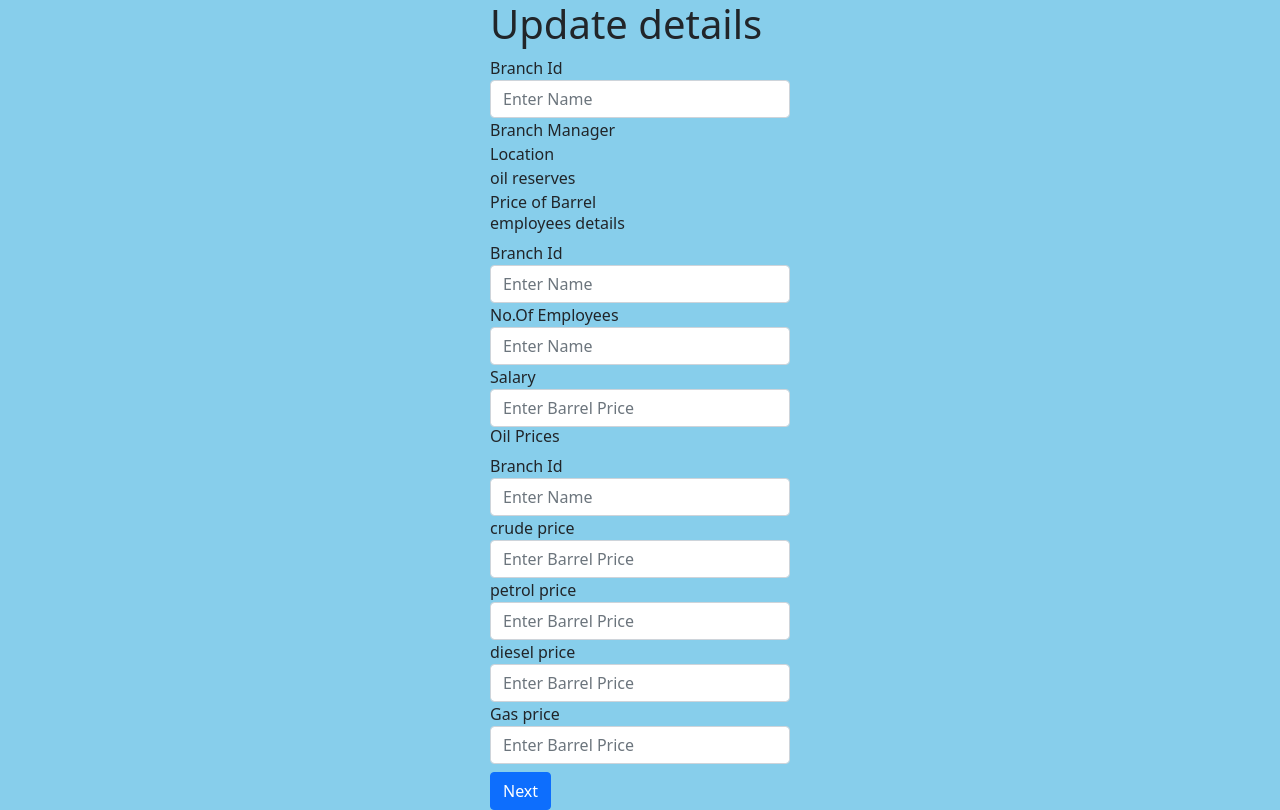
Repository: veerrajuMareddi/demo
Page: http://localhost/OilCorporation/views/employees.jsp
These files come from the project's save history. The page is drawn as it stood at one moment and after the next save; the edit follows.
The browser window is 1280 px wide. The pictures show the whole page.
The page is served by Tomcat 9. Other server files are loaded and not shown. The template is opened directly, without the code that normally fills it, so the values that code supplies are empty.

Above is the page before, as saved 2022-05-01 04:52:27.

### OilCorporation/src/main/webapp/views/employees.jsp

<%@ page language="java" contentType="text/html; charset=ISO-8859-1"
	pageEncoding="ISO-8859-1"%>
<%@ taglib uri="http://www.springframework.org/tags/form" prefix="form"%>
<%@taglib prefix="c" uri="http://java.sun.com/jsp/jstl/core"%>

<!DOCTYPE html>
<html>
<head>
<link
	href="https://cdn.jsdelivr.net/npm/bootstrap@5.1.3/dist/css/bootstrap.min.css"
	rel="stylesheet"
	integrity="sha384-1BmE4kWBq78iYhFldvKuhfTAU6auU8tT94WrHftjDbrCEXSU1oBoqyl2QvZ6jIW3"
	crossorigin="anonymous">
<script
	src="https://cdn.jsdelivr.net/npm/bootstrap@5.1.3/dist/js/bootstrap.bundle.min.js"
	integrity="sha384-ka7Sk0Gln4gmtz2MlQnikT1wXgYsOg+OMhuP+IlRH9sENBO0LRn5q+8nbTov4+1p"
	crossorigin="anonymous"></script>
<meta charset="ISO-8859-1">
<title>oilLmtd</title>
</head>
	<body style="background-color: skyblue;">
<style>
	form {
		width: 300px;
		margin: 0 auto;
	}
</style>
<form action ="${pageContext.request.contextPath}/src/saveModel" method="post">
<h1>Update details</h1>

<%-- <c:url>
<c:param name="Id" value="${emp.branch}" />
</c:url> --%>

<div class="form-group">
    <label for="branchManager">Branch Id</label>
    <input type="text" class="form-control" name ="branch" value="${oil.branch}" id="branchManager" aria-describedby="emailHelp" placeholder="Enter Name">
   </div>

<div class="form-group">
    <label for="branchManager">Branch Manager</label>
    <input type="hidden" class="form-control" name ="branchManager" value="${oil.branchManager}" id="branchManager" aria-describedby="emailHelp" placeholder="Enter Name">
   </div>
   <div class="form-group">
    <label for="branchManager">Location</label>
    <input type="hidden" class="form-control" name ="location" value="${oil.location}" id="branchManager" aria-describedby="emailHelp" placeholder="Enter Name">
   </div>
   <div class="form-group">
    <label for="branchManager">oil reserves</label>
    <input type="hidden" class="form-control" name ="oilReserves" value="${oil.oilReserves}" id="branchManager" aria-describedby="emailHelp" placeholder="Enter Name">
   </div>
    <div class="form-group">
    <label for="branchManager">Price of Barrel</label>
    <input type="hidden" class="form-control" name ="barrelPrice" value="${oil.barrelPrice}" id="branchManager" aria-describedby="emailHelp" placeholder="Enter Name">
   </div>
   <h6>employees details</h6>
   <div class="form-group">
    <label for="branchManager">Branch Id</label>
    <input type="text" class="form-control" name ="emp.branch" value="${oil.emp.branch}" id="branchManager" aria-describedby="emailHelp" placeholder="Enter Name">
   </div>

<div class="form-group">
    <label for="branchManager">No.Of Employees</label>
    <input type="number" class="form-control" name ="emp.toatalEmployees" value="${oil.emp.toatalEmployees}" id="branchManager" aria-describedby="emailHelp" placeholder="Enter Name">
   </div>
  <div class="form-group">
    <label for="exampleInputPassword1">Salary</label>
    <input type="number" class="form-control" name="emp.salary" id="oilReserves" value="${oil.emp.salary}" placeholder="Enter Barrel Price">
  </div>
  <h6>Oil Prices</h6>
  <div class="form-group">
    <label for="branchManager">Branch Id</label>
    <input type="text" class="form-control" name ="prices.branch" value="${oil.prices.branch}" id="branchManager" aria-describedby="emailHelp" placeholder="Enter Name">
   </div>

    <div class="form-group">
    <label for="exampleInputPassword1"> crude price</label>
    <input type="text" class="form-control" name="prices.crudePrice" value="${oil.prices.crudePrice}" id="oilReserves" placeholder="Enter Barrel Price">
  </div>
  <div class="form-group">
    <label for="exampleInputPassword1"> petrol price</label>
    <input type="number" class="form-control" name="prices.petrolPrice" value="${oil.prices.petrolPrice}" id="oilReserves" placeholder="Enter Barrel Price">
  </div>
  <div class="form-group">
    <label for="exampleInputPassword1">diesel price</label>
    <input type="number" class="form-control" name="prices.dieselPrice" value="${oil.prices.dieselPrice}" id="oilReserves" placeholder="Enter Barrel Price">
  </div>
  <div class="form-group">
    <label for="exampleInputPassword1">Gas price</label>
    <input type="number" class="form-control" name="prices.gasPrice" id="oilReserves" value="${oil.prices.gasPrice}" placeholder="Enter Barrel Price">
  </div>
  <!-- <div class="form-group">
    <label for="exampleInputPassword1">Salary</label>
    <input type="number" class="form-control" name="emp.salary" id="oilReserves" placeholder="Enter Barrel Price">
  </div> -->

  <div class="form-group mt-2">
  <button type="submit" class="btn btn-primary">Next</button>
  </div>
</form>


</body>
</html>

After the next save:
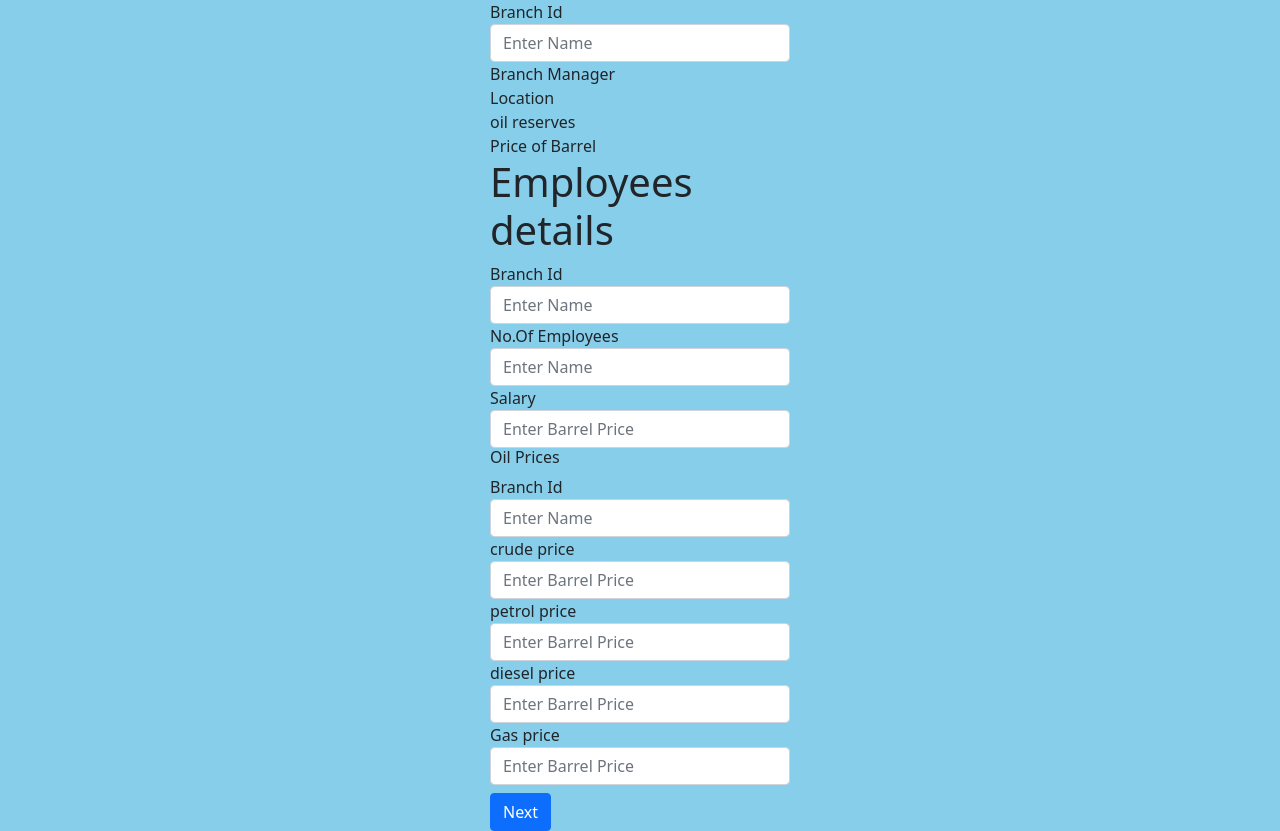
Saved 35 s later.
--- a/OilCorporation/src/main/webapp/views/employees.jsp
+++ b/OilCorporation/src/main/webapp/views/employees.jsp
@@ -27,7 +27,7 @@
 	}
 </style>
 <form action ="${pageContext.request.contextPath}/src/saveModel" method="post">
-<h1>Update details</h1>
+
 
 <%-- <c:url>
 <c:param name="Id" value="${emp.branch}" />
@@ -54,7 +54,7 @@
     <label for="branchManager">Price of Barrel</label>
     <input type="hidden" class="form-control" name ="barrelPrice" value="${oil.barrelPrice}" id="branchManager" aria-describedby="emailHelp" placeholder="Enter Name">
    </div>
-   <h6>employees details</h6>
+   <h1>Employees details</h1>
    <div class="form-group">
     <label for="branchManager">Branch Id</label>
     <input type="text" class="form-control" name ="emp.branch" value="${oil.emp.branch}" id="branchManager" aria-describedby="emailHelp" placeholder="Enter Name">
